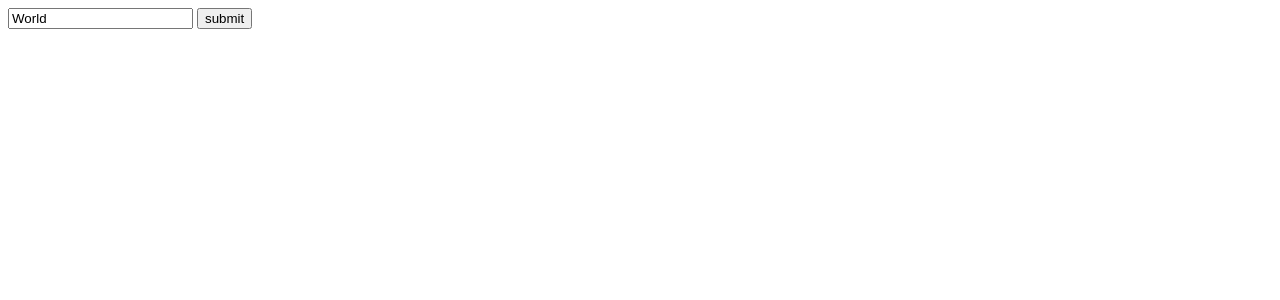
Repository: cameronmcnz/struts-tutorials
Page: struts-hello-world/src/main/webapp/index.html
An editor plug-in stored every save of this project. The page is shown before and after the next save, followed by the edit.
The browser window is 1280 px wide. The pictures show the whole page.

Above is the page before, as saved 2020-09-10 18:30:00.

After the next save:
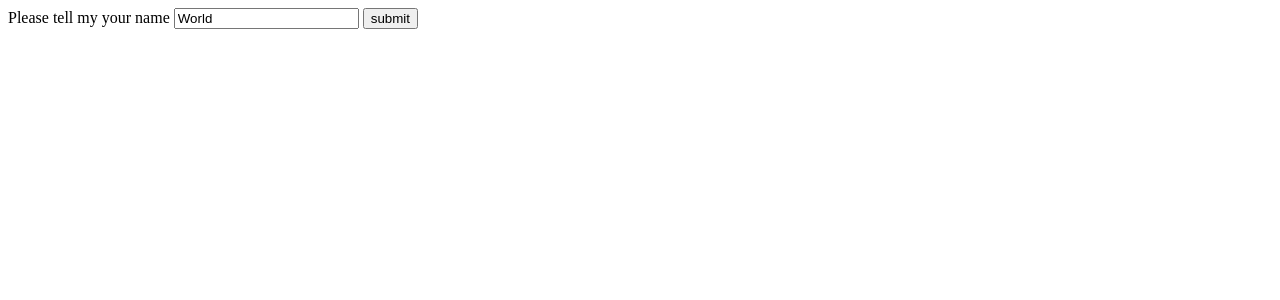
Saved 71 s later.
--- a/struts-hello-world/src/main/webapp/index.html
+++ b/struts-hello-world/src/main/webapp/index.html
@@ -1,10 +1,10 @@
+<!-- Hello World in Struts index.html file -->
 <html>
-<body>
-<s:form action="hello">
-
-<input type="text" name="firstName" value="World"/>
-<s:textfield name="firstName" label="May I ask your name? " />
-<input type="submit" value="submit"/>
-</s:form>
-</body>
+  <body>
+    <form action="hello.action">
+      Please tell my your name
+      <input name="firstName" type="text" value="World"/>
+      <input value="submit" type="submit" />
+    </form>
+  </body>
 </html>
